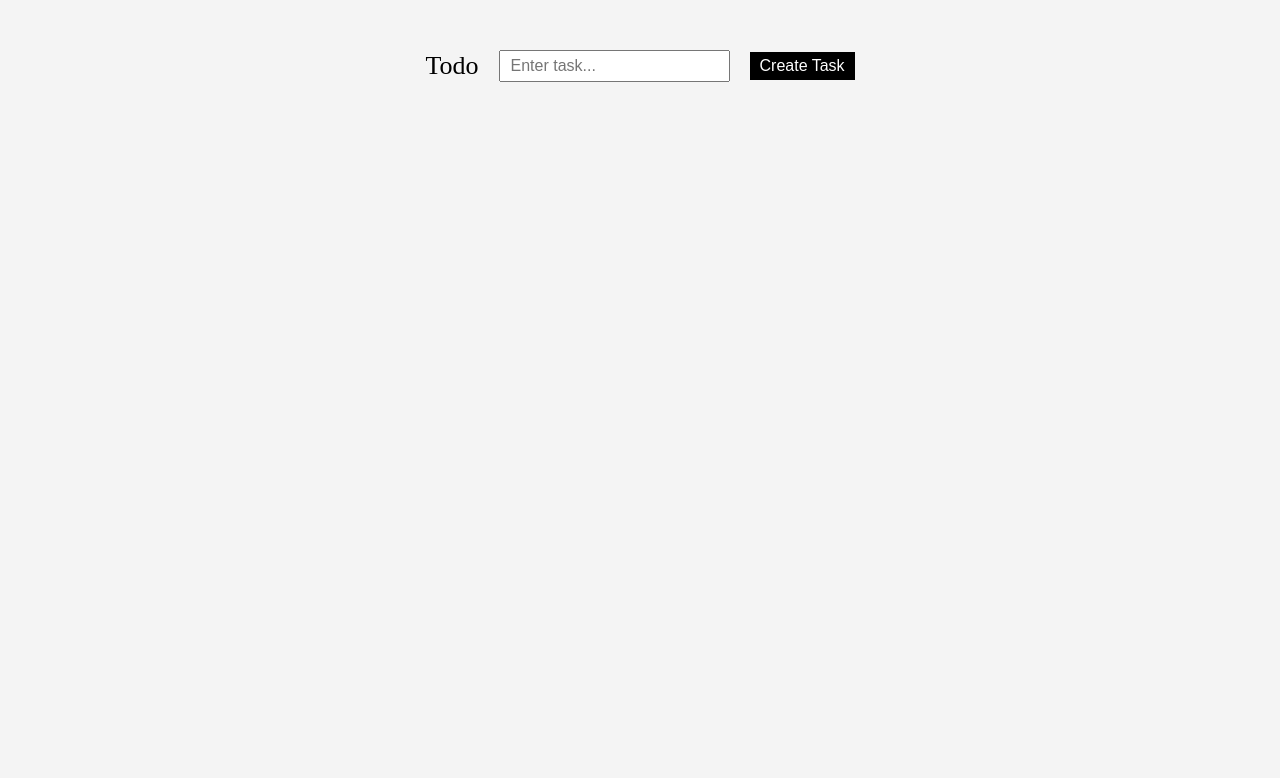
Repository: pawvan/todo_app
Page: markup/tod.html
An editor plug-in stored every save of this project. The page is shown before and after the next save, followed by the edit.
The browser window is 1280 px wide. The pictures show the whole page.

Above is the page before, as saved 2025-01-11 22:37:27.

After the next save:
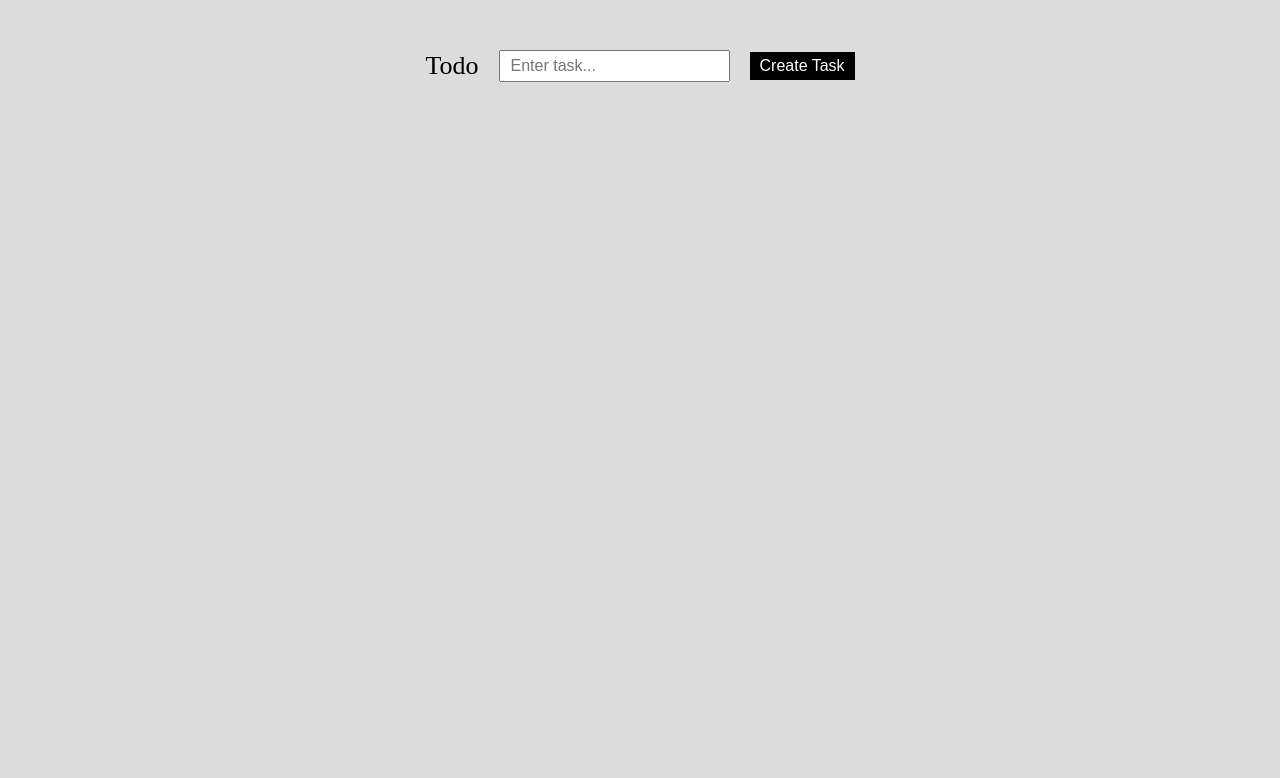
Saved 10 s later.
--- a/styles/todo.css
+++ b/styles/todo.css
@@ -5,7 +5,7 @@ body {
     display: flex;
     justify-content: center;
 
- background-color:}
+ background-color:gainsboro}
 
 .todo-upper {
     display: flex;
